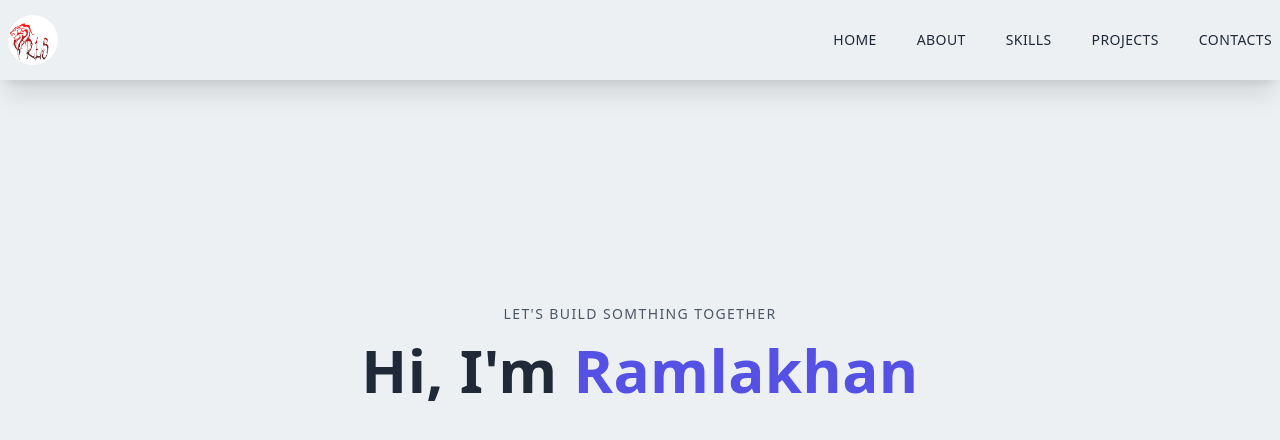
Repository: ram2642/portfolio-using-next-js
Page: /
These files come from the project's save history. The page is drawn as it stood at one moment and after a run of saves; the edit follows.
The browser window is 1280 px wide. The pictures show the whole page.
The project was rebuilt for these pictures with package versions that can differ from the ones it lists, and the page was loaded fresh each time. The framework's server and built-in components were replaced by stand-ins that run in the browser. Also part of the build but not shown: next.config.js.

Above is the page before, as saved 2022-09-04 01:51:21.

After the next 3 saves:
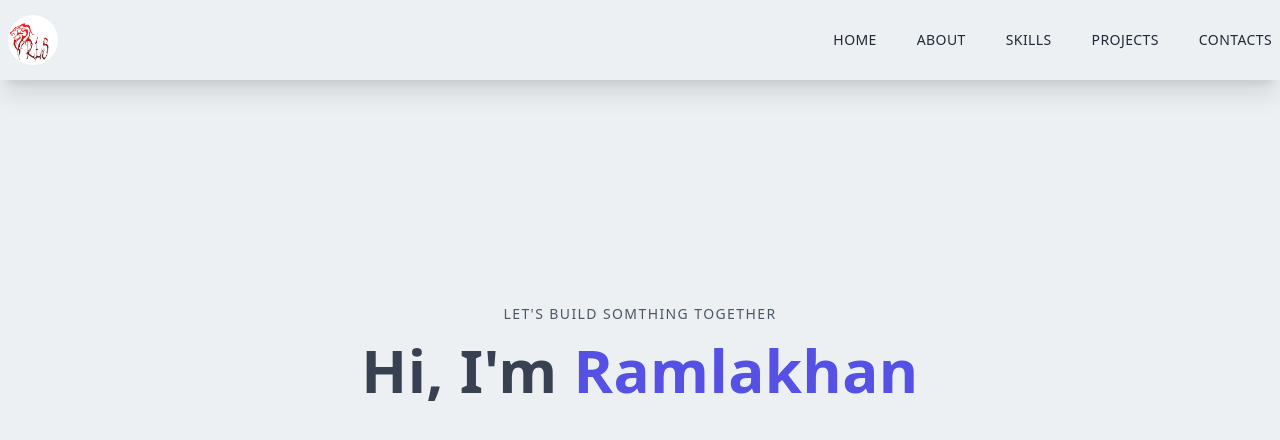
The 3 saves are shown as one change because they came seconds apart.
The last was saved 10 s later.
--- a/components/Main.jsx
+++ b/components/Main.jsx
@@ -6,7 +6,7 @@ const Main = () => {
    <div className='max-w-[1240px] w-full h-full mx-auto p-2 flex justify-center items-center'>
     <div>
       <p className='uppercase text-sm tracking-widest text-gray-600'>Let's build somthing together</p>
-      <h1 className='py-4 '>
+      <h1 className='py-4 text-gray-700'>
         Hi, I'm <span className='text-[#5651e5]'> Ramlakhan</span>
       </h1>
     </div>
